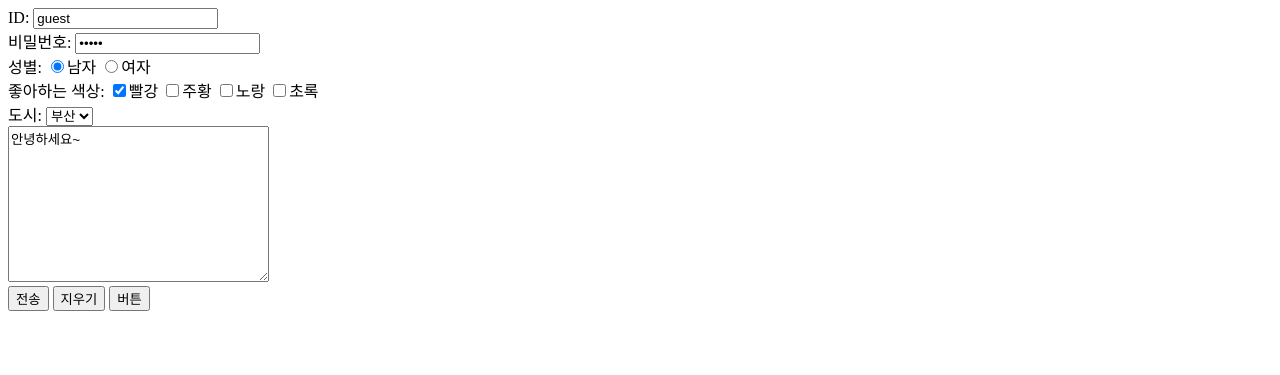
Repository: hrk09/JSPServlet
Page: edu/WebContent/formTest.html
The author's editor kept a copy of each file at every save. The page is drawn from the files as they stood at one save, then again after the next save.
The browser window is 1280 px wide. The pictures show the whole page.

Above is the page before, as saved 2022-06-28 02:40:34.

### edu/WebContent/formTest.html
<!DOCTYPE html>
<html>
<head>
<meta charset="UTF-8">
<title>FormTest</title>
</head>
<body>
	<form action="queryTest" method="post">
		ID: <input type="text" name="id" value="guest">	<br>
		비밀번호: <input type="password" name="pwd" value="12345">	<br>

		성별:
			<input type="radio" name="gender" value="male" checked>남자
			<input type="radio" name="gender" value="female" >여자	<br>
		좋아하는 색상:
			<input type="checkbox" name="color" value="red" checked>빨강
			<input type="checkbox" name="color" value="orange">주황
			<input type="checkbox" name="color" value="yellow">노랑
			<input type="checkbox" name="color" value="green">초록	<br>
		도시:
			<select name="city">
				<option	value="seoul">서울
				<option	value="gyeonggi">경기
				<option	value="kangwon">강원
				<option	value="kwangju">광주
				<option	value="busan" selected>부산
			</select><br>

		<textarea rows="10" cols="30">안녕하세요~</textarea><br>

		<input type="submit" value="전송"> <!-- submit: form에서 받은 정보 전달하는 역할 -->
		<input type="reset"	value="지우기">
		<input type="button" value="버튼">
	</form>
</body>
</html>

After the next save:
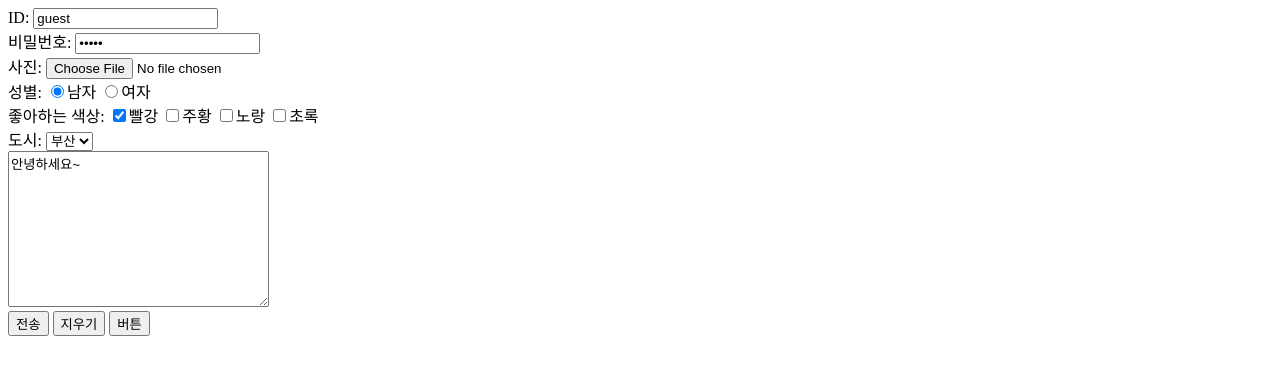
Saved 25 s later.
--- a/edu/WebContent/formTest.html
+++ b/edu/WebContent/formTest.html
@@ -8,7 +8,7 @@
 	<form action="queryTest" method="post">
 		ID: <input type="text" name="id" value="guest">	<br>
 		비밀번호: <input type="password" name="pwd" value="12345">	<br>
-
+		사진: <input type="file"><br>
 		성별:
 			<input type="radio" name="gender" value="male" checked>남자
 			<input type="radio" name="gender" value="female" >여자	<br>
